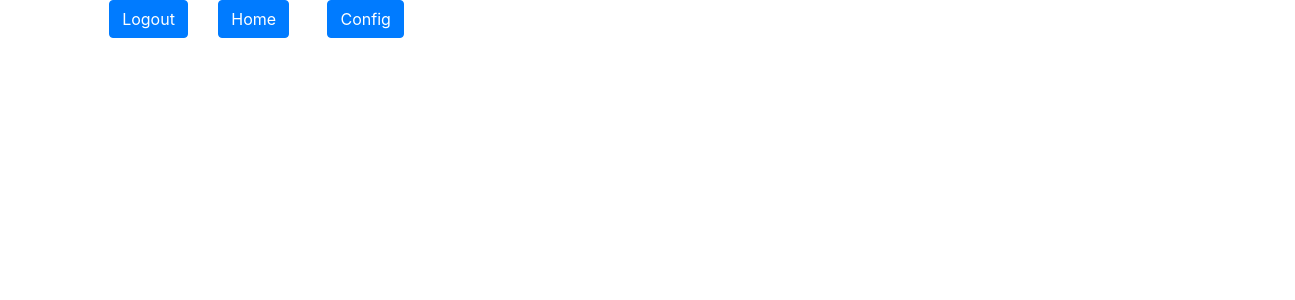
Repository: duicul/flaskRaspberryApp
Page: flask_pydev/templates/control.html
The author's editor kept a copy of each file at every save. The page is drawn from the files as they stood at one save, then again after the next save.
The browser window is 1280 px wide. The page is 1295 px wide, so the pictures cover 1295 px, including what lies to the right of the window. The pictures show the whole page.
The page's requests for data from a server got no answer.

Above is the page before, as saved 2021-06-24 07:54:28.

### flask_pydev/templates/control.html
<!DOCTYPE html>
<html>
<head>
<!--<script src="https://ajax.googleapis.com/ajax/libs/jquery/3.4.1/jquery.min.js"></script>-->
<script src="/static/js/jquery-3.5.1.min.js"></script>
<!--<script src="https://maxcdn.bootstrapcdn.com/bootstrap/3.3.7/js/bootstrap.min.js" integrity="sha384-Tc5IQib027qvyjSMfHjOMaLkfuWVxZxUPnCJA7l2mCWNIpG9mGCD8wGNIcPD7Txa" crossorigin="anonymous"></script>-->
<script src="/static/js/bootstrap.min.js"></script>
<script src="/static/js/jquery.canvasjs.min.js"></script>
<!--<link rel="stylesheet" href="https://maxcdn.bootstrapcdn.com/bootstrap/3.3.7/css/bootstrap.min.css" integrity="sha384-BVYiiSIFeK1dGmJRAkycuHAHRg32OmUcww7on3RYdg4Va+PmSTsz/K68vbdEjh4u" crossorigin="anonymous">-->
<link rel="stylesheet" href="/static/css/bootstrap.min.css">
<meta content="text/html;charset=utf-8" http-equiv="Content-Type">
<meta content="utf-8" http-equiv="encoding">
<!--<script src="//cdn.rawgit.com/Mikhus/canvas-gauges/gh-pages/download/2.1.7/all/gauge.min.js"></script>-->
<script src="/static/js/gauge.min.js"></script>
<style>
.settingscol{
background-color:rgb(100,120,180);
}

</style>
<title>Home Station Control</title>
</head>
<body onload="init();">

<div class="row">
    <div class="col-md-1">

    </div>
    <div class="col-md-1">
        <a class="btn btn-primary" href="/logout">Logout</a>
    </div>
    <div class="col-md-1">
        <a class="btn btn-primary" href="/home_station">Home</a>
    </div>
    <div class="col-md-1">
        <a class="btn btn-primary" href="/home_station/config">Config</a>
    </div>
    <div class="col-md-8" >
    </div>
</div>
<script src="/static/js/home_measure.js"></script>
</body>
</html>

Loaded but not shown: flask_pydev/static/js/jquery-3.5.1.min.js (library); flask_pydev/static/js/bootstrap.min.js (library); flask_pydev/static/js/jquery.canvasjs.min.js (library); flask_pydev/static/css/bootstrap.min.css (library); flask_pydev/static/js/gauge.min.js (library); flask_pydev/static/js/home_measure.js (930 lines, source omitted)

After the next save:
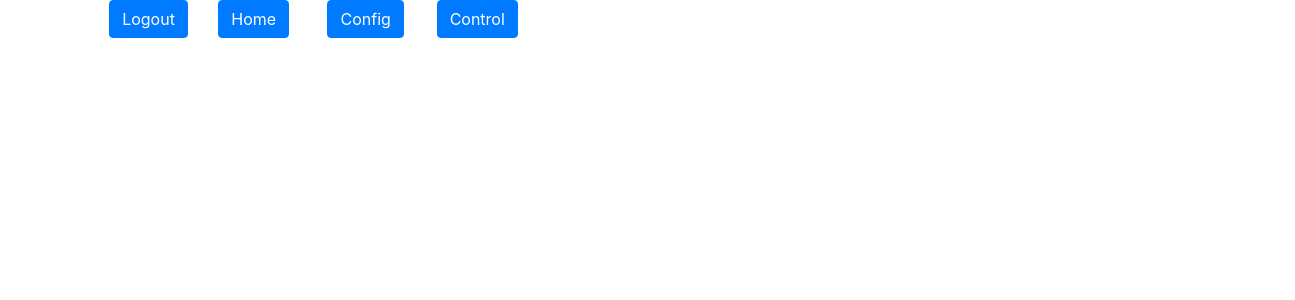
Saved 7 s later.
--- a/flask_pydev/templates/control.html
+++ b/flask_pydev/templates/control.html
@@ -35,7 +35,10 @@ background-color:rgb(100,120,180);
     <div class="col-md-1">
         <a class="btn btn-primary" href="/home_station/config">Config</a>
     </div>
-    <div class="col-md-8" >
+    <div class="col-md-1">
+        <a class="btn btn-primary" href="/home_station/control">Control</a>
+    </div>
+    <div class="col-md-7" >
     </div>
 </div>
 <script src="/static/js/home_measure.js"></script>
